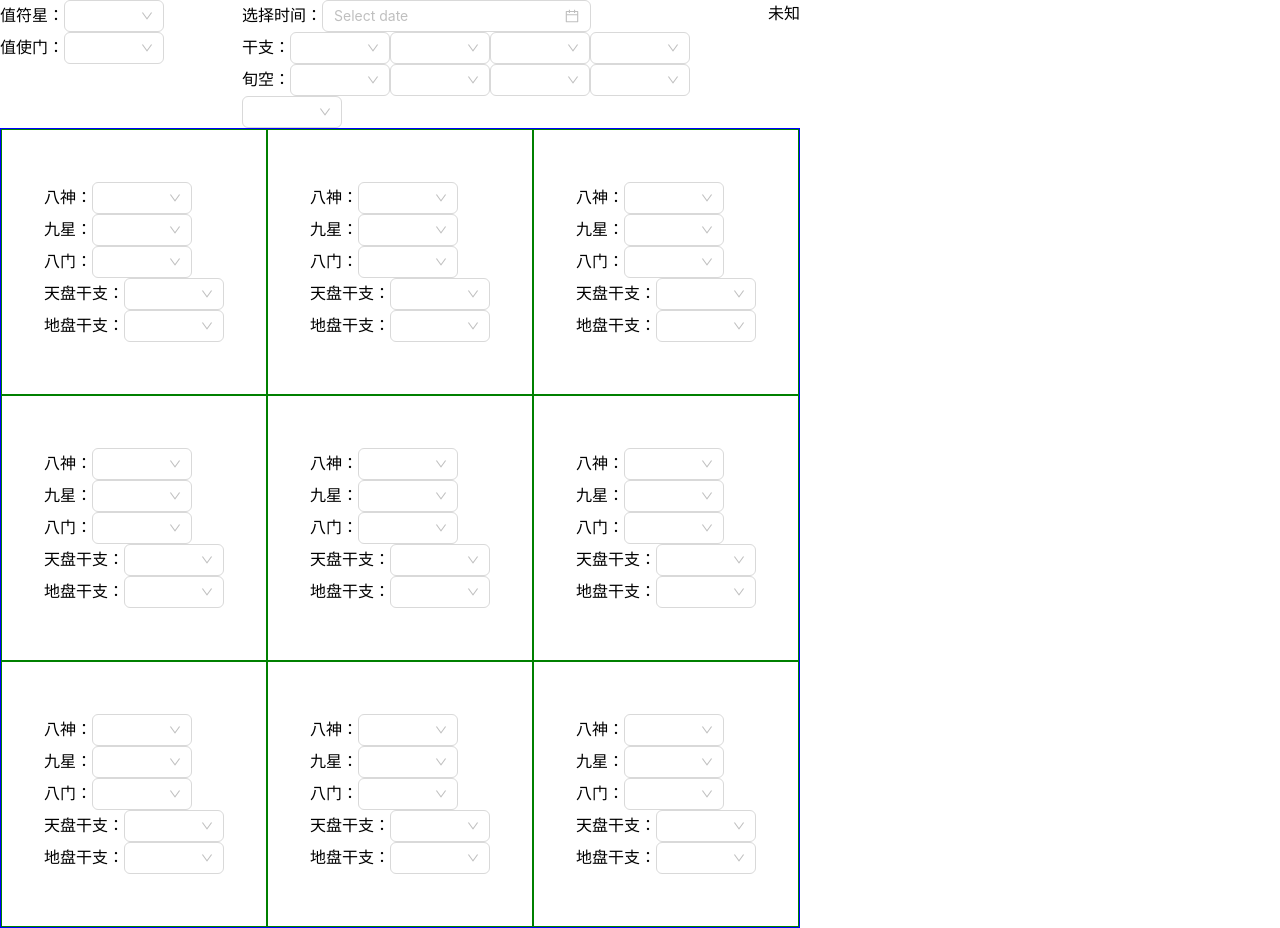
Repository: DaozhangChen/qiMen
Page: /
The author's editor kept a copy of each file at every save. The page is drawn from the files as they stood at one save, then again after the next save.
The browser window is 1280 px wide. The pictures show the whole page.
The project was rebuilt for these pictures with package versions that can differ from the ones it lists, and the page was loaded fresh each time. Also part of the build but not shown: vite.config.js.

Above is the page before, as saved 2024-04-05 23:48:10.

### src/App.jsx
import Sudoku from './compoment/Sudoku'

function App() {

  return (
    <>
      <Sudoku />
    </>
  )
}

export default App

### src/index.css
* {
  padding: 0;
  margin: 0;
  box-sizing: border-box;
}

ul,
li {
  list-style: none;
}

### src/compoment/Sudoku.jsx
import "../style/Sudoku.css"
import InfoSelect from "./InfoSelect"
import { useState } from "react"
import HeaderInfo from "./HeaderInfo"
import { useEffect } from "react"

function Sudoku() {
    const regionArr = [
        { number: 4, area: "巽" },
        { number: 9, area: "离" },
        { number: 2, area: "坤" },
        { number: 3, area: "震" },
        { number: 5, area: "中" },
        { number: 7, area: "兑" },
        { number: 8, area: "艮" },
        { number: 1, area: "坎" },
        { number: 6, area: "乾" }
    ]
    const baseHeaderInfo = {
        headerStar: null,
        headerDoor: null,
        headerTime: null,
        headerYearStem: null,
        headerMonthStem: null,
        headerDayStem: null,
        headerTimeStem: null,
        headerYearNull: null,
        headerMonthNull: null,
        headerDayNull: null,
        headerTimeNull: null,
        curPattern: null
    }
    const [detailInfo, setDetailInfo] = useState(regionArr)
    const [headerInfoObj, setHeaderInfoObj] = useState(baseHeaderInfo)
    useEffect(() => {
        console.log("11", headerInfoObj)
        return () => {
            console.log("22", headerInfoObj)
        }
    }, [headerInfoObj])

    return (
        <>
            <HeaderInfo setHeaderInfo={setHeaderInfoObj} />
            <div className="sudoku-grid">
                {/* 生成九宫格 */}
                {detailInfo.map((value) => (
                    <div key={value.number} className="sudoku-row" data-key={value.number}>
                        <ul>
                            <li className="sudoku-cell">
                                <ul>
                                    <li className="god">八神：<span><InfoSelect type="god" setDetailInfo={setDetailInfo} area={value.number} /></span></li>
                                    <li className="star">九星：<span><InfoSelect type="star" setDetailInfo={setDetailInfo} area={value.number} /></span></li>
                                    <li className="door">八门：<span><InfoSelect type="door" setDetailInfo={setDetailInfo} area={value.number} /></span></li>
                                    <li className="upStem">天盘干支：<span><InfoSelect type="upStem" setDetailInfo={setDetailInfo} area={value.number} /></span></li>
                                    <li className="downStem">地盘干支：<span><InfoSelect type="downStem" setDetailInfo={setDetailInfo} area={value.number} /></span></li>
                                </ul>
                            </li>
                        </ul>
                    </div>
                ))}
            </div>
        </>
    )
}
export default Sudoku

### src/style/Sudoku.css
.sudoku-grid {
    border: 1px solid blue;
    width: 800px;
    height: 800px;
    display: grid;
    grid-template-columns: repeat(3, 1fr);
    grid-template-rows: repeat(3, 1fr);

}

.sudoku-row {
    display: flex;
    border: 1px solid green;
    align-items: center;
    justify-content: center;
}

.sudoku-cell>li {
    margin: 5px 0px;
}

### src/compoment/InfoSelect.jsx
import { Select } from "antd";
import setOption from "../toolFunction/setOption"

// eslint-disable-next-line react/prop-types
const InfoSelect = ({ type, setDetailInfo, area }) => {
    const option = setOption(type)

    const setValue = (value) => {
        //设置全局value
        if (area === "header") {
            setDetailInfo(originObj => {
                originObj[type] = value
                return { ...originObj }
            })
        } else {
            setDetailInfo(originArr => {
                const newArr = originArr.map((item) => {
                    if (item.number === area) {
                        item[type] = value
                        return item
                    } else {
                        return item
                    }
                })
                return newArr
            })
        }
    }

    return (
        <>
            <Select style={{ width: 100 }} options={option} onChange={setValue} showSearch />
        </>
    )
}

export default InfoSelect

### src/compoment/HeaderInfo.jsx
import "../style/HeaderInfo.css"
import InfoSelect from "./InfoSelect"
import { DatePicker } from 'antd';
// eslint-disable-next-line react/prop-types
const HeaderInfo = ({ setHeaderInfo }) => {

    const timeChange = (time, dateString) => {
        setHeaderInfo((value) => {
            return { ...value, headerTime: dateString }
        })
    }
    return (
        <>
            <div className="headerWrapper">
                <div>
                    <div>值符星：<span><InfoSelect type="headerStar" setDetailInfo={setHeaderInfo} area="header" /></span></div>
                    <div>值使门：<span><InfoSelect type="headerDoor" setDetailInfo={setHeaderInfo} area="header" /></span></div>
                </div>
                <div>
                    <div>选择时间：<span><DatePicker showTime onChange={timeChange} /></span></div>
                    <div>干支：
                        <span>
                            <InfoSelect type="headerYearStem" setDetailInfo={setHeaderInfo} area="header" />
                            <InfoSelect type="headerMonthStem" setDetailInfo={setHeaderInfo} area="header" />
                            <InfoSelect type="headerDayStem" setDetailInfo={setHeaderInfo} area="header" />
                            <InfoSelect type="headerTimeStem" setDetailInfo={setHeaderInfo} area="header" />
                        </span>
                    </div>
                    <div>旬空：
                        <span>
                            <InfoSelect type="headerYearNull" setDetailInfo={setHeaderInfo} area="header" />
                            <InfoSelect type="headerMonthNull" setDetailInfo={setHeaderInfo} area="header" />
                            <InfoSelect type="headerDayNull" setDetailInfo={setHeaderInfo} area="header" />
                            <InfoSelect type="headerTimeNull" setDetailInfo={setHeaderInfo} area="header" />
                        </span>
                    </div>
                    <div>
                        <span>
                            <InfoSelect type="curPattern" setDetailInfo={setHeaderInfo} area="header" />
                        </span>
                    </div>
                </div>
                <div>未知</div>
            </div>
        </>
    )
}

export default HeaderInfo

### src/toolFunction/setOption.js
import allStem from "./getAllSexagenaryBranches"
function setupOption(arr) {
    const option = arr.map((value) => {
        const obj = {}
        obj.label = value
        obj.value = value
        return obj
    })
    return option
}

const setOption = (type) => {
    const godArr = ["值符", "腾蛇", "太阴", "六合", "白虎", "玄武", "九地", "九天"]
    const starArr = ["天蓬星", "天任星", "天冲星", "天辅星", "天英星", "天芮星", "天柱星", "天心星", "天禽星"]
    const doorArr = ["休门", "生门", "伤门", "杜门", "景门", "死门", "惊门", "开门"]
    const stemArr = ["戊", "己", "庚", "辛", "壬", "癸", "丁", "丙", "乙"]
    const downNullStem = ["子丑", "寅卯", "辰巳", "午未", "申酉", "戌亥"]
    const pattern = [
        "阳遁一局", "阳遁二局", "阳遁三局", "阳遁四局", "阳遁五局", "阳遁六局", "阳遁七局", "阳遁八局", "阳遁九局",
        "阴遁一局", "阴遁二局", "阴遁三局", "阴遁四局", "阴遁五局", "阴遁六局", "阴遁七局", "阴遁八局", "阴遁九局"
    ]
    const resultMap = {
        "god": setupOption(godArr),
        "star": setupOption(starArr),
        "door": setupOption(doorArr),
        "upStem": setupOption(stemArr),
        "downStem": setupOption(stemArr),
        "headerStar": setupOption(starArr),
        "headerDoor": setupOption(doorArr),
        "headerYearStem": setupOption(allStem),
        "headerMonthStem": setupOption(allStem),
        "headerDayStem": setupOption(allStem),
        "headerTimeStem": setupOption(allStem),
        "headerYearNull": setupOption(downNullStem),
        "headerMonthNull": setupOption(downNullStem),
        "headerDayNull": setupOption(downNullStem),
        "headerTimeNull": setupOption(downNullStem),
        "curPattern": setupOption(pattern)
    }
    return resultMap[type]
}

export default setOption

### src/style/HeaderInfo.css
.headerWrapper {
    display: flex;
    flex-direction: row;
    width: 800px;
    justify-content: space-between;
}

### src/toolFunction/getAllSexagenaryBranches.js
function getAllSexagenaryBranches() {
    const allUpStem = ["甲", "乙", "丙", "丁", "戊", "己", "庚", "辛", "壬", "癸"]
    const allDownStem = ["子", "丑", "寅", "卯", "辰", "巳", "午", "未", "申", "酉", "戌", "亥"]
    const finalItems = []
    let upIndex = 0
    let downIndex = 0
    for (let i = 0; i < 60; i++) {
        finalItems.push(allUpStem[upIndex] + allDownStem[downIndex])
        upIndex === 9 ? upIndex = 0 : upIndex++
        downIndex === 11 ? downIndex = 0 : downIndex++
    }
    return finalItems
}
const allStem = getAllSexagenaryBranches()


export default allStem

Loaded but not shown: index.html (common file); src/main.jsx (common file)

After the next save:
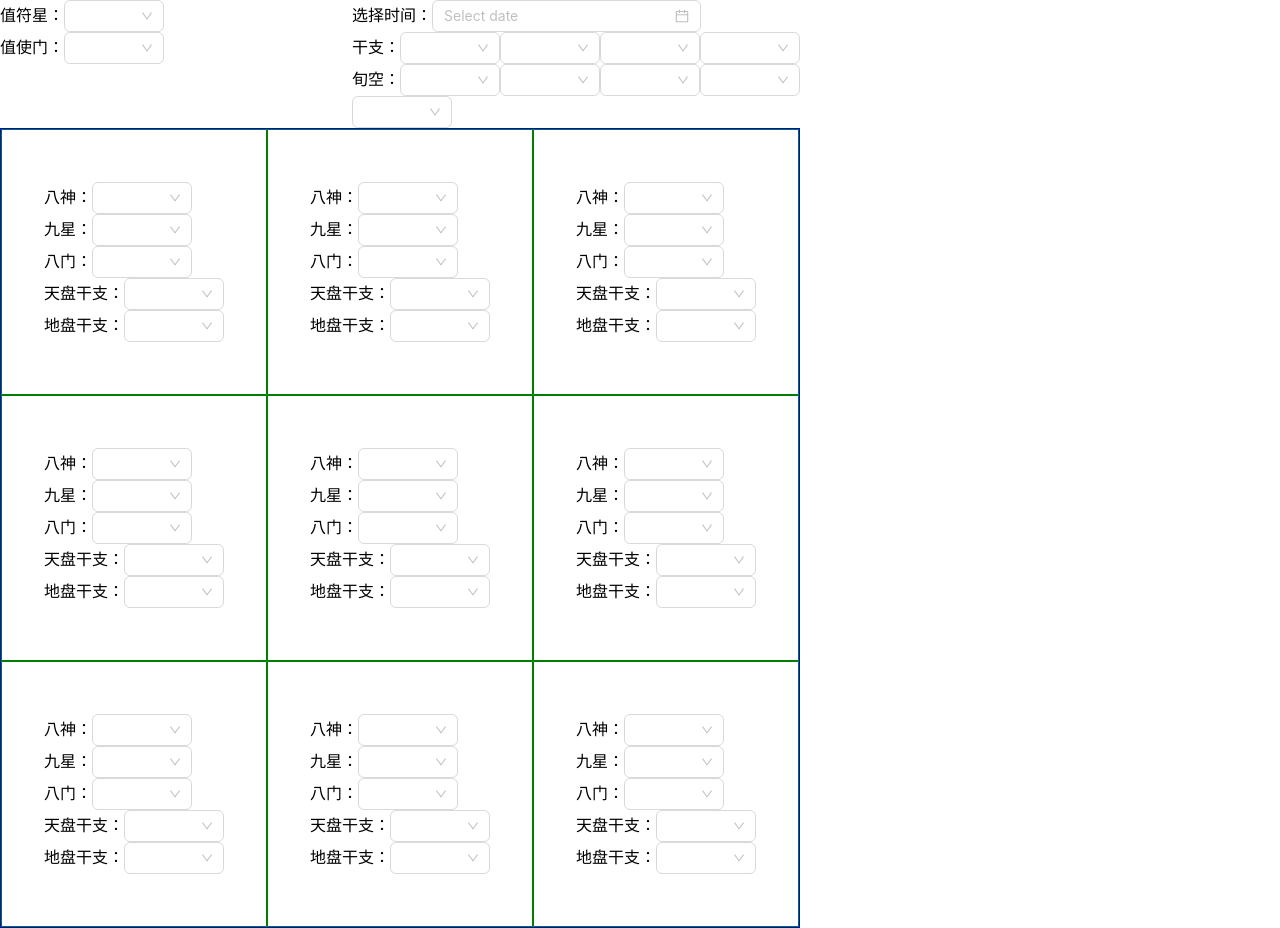
Saved 40 s later.
--- a/src/compoment/HeaderInfo.jsx
+++ b/src/compoment/HeaderInfo.jsx
@@ -40,7 +40,6 @@ const HeaderInfo = ({ setHeaderInfo }) => {
                         </span>
                     </div>
                 </div>
-                <div>未知</div>
             </div>
         </>
     )
